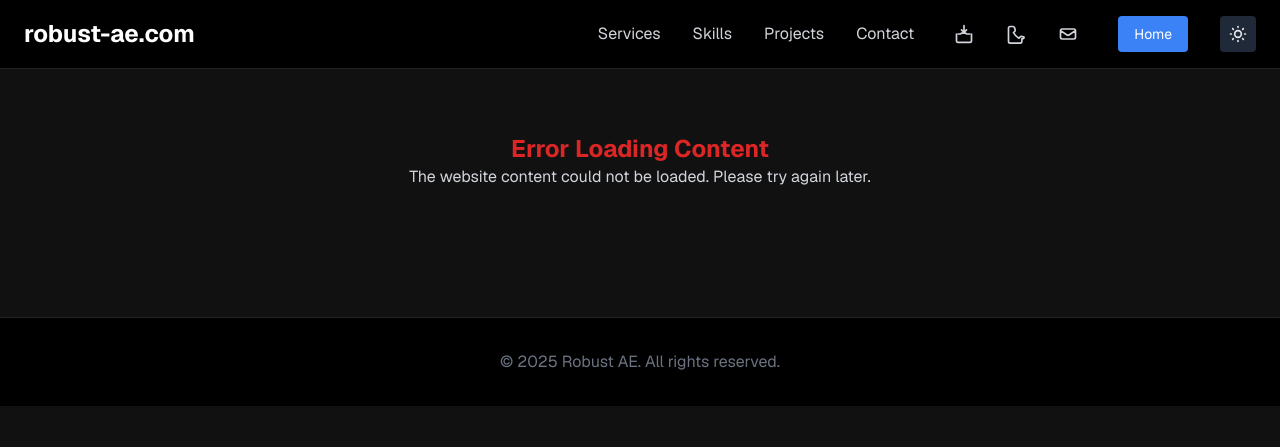
Repository: b0ase/robust-ae.com
Page: /newsite
These files come from the project's save history. The page is drawn as it stood at one moment and after the next save; the edit follows.
The browser window is 1280 px wide. The pictures show the whole page.
The page's requests for data from a server got no answer. The project was rebuilt for these pictures with package versions that can differ from the ones it lists, and the page was loaded fresh each time. The framework's server and built-in components were replaced by stand-ins that run in the browser. No one was signed in, and anything a server would have sent is missing. Also part of the build but not shown: next.config.ts.

Above is the page before, as saved 2025-05-05 16:47:02.

### src/app/layout.tsx
import type { Metadata } from "next";
import { Geist, Geist_Mono, Roboto_Mono } from "next/font/google";
import "./globals.css";
// import Providers from "./providers"; // Ensure this import is removed or commented out

const geistSans = Geist({
  variable: "--font-geist-sans",
  subsets: ["latin"],
});

const geistMono = Geist_Mono({
  variable: "--font-geist-mono",
  subsets: ["latin"],
});

const robotoMono = Roboto_Mono({
  variable: "--font-roboto-mono",
  subsets: ["latin"],
  weight: ["400", "700"]
});

export const metadata: Metadata = {
  title: "Robust AE - Automation & Embedded Systems",
  description: "Robust AE Ltd offers expert embedded systems development, industrial automation solutions, and prototyping services.",
};

export default function RootLayout({
  children,
}: Readonly<{
  children: React.ReactNode;
}>) {
  return (
    <html lang="en">
      {/* Ensure no Provider wrapper here */}
      <body className={`${geistSans.variable} ${geistMono.variable} ${robotoMono.variable} antialiased`}>
        {children}
      </body>
    </html>
  );
}

### src/app/newsite/layout.tsx
import SharedLayout from '../shared-layout';

export default function NewSiteLayout({ children }: { children: React.ReactNode }) {
  return <SharedLayout>{children}</SharedLayout>;
}

### src/app/globals.css
@tailwind base;
@tailwind components;
@tailwind utilities;

/* Custom styles below */
:root {
  --background: #000000;  /* Pure black background */
  --foreground: #ffffff;
}

/* Override default dark mode preferences */
@media (prefers-color-scheme: dark) {
  :root {
    --background: #000000;
    --foreground: #ffffff;
  }
}

body {
  background: var(--background);
  color: var(--foreground);
  font-family: var(--font-geist-sans, Arial, Helvetica, sans-serif);
}

/* Custom link styling */
a {
  transition: color 0.2s ease;
}

/* Custom blue accent color to match b0ase.com */
.accent-blue {
  color: #0141ff;
}

/* Service card styling */
.service-card {
  transition: transform 0.2s ease, box-shadow 0.2s ease;
}

.service-card:hover {
  transform: translateY(-3px);
}

### src/app/shared-layout.tsx
"use client"; // Mark as Client Component for theme state

import React, { useState, useEffect } from 'react';
import Link from 'next/link';

// This component defines the shared structure (header, footer, theme)
export default function SharedLayout({ children }: { children: React.ReactNode }) {
  // State for theme management - default to dark to match b0ase.com
  const [theme, setTheme] = useState('dark');
  // State for mobile menu
  const [mobileMenuOpen, setMobileMenuOpen] = useState(false);

  // Effect to apply theme class and set initial state
  useEffect(() => {
    if (theme === 'dark') {
      document.documentElement.classList.add('dark');
    } else {
      document.documentElement.classList.remove('dark');
    }
    // Optional: Save theme preference to localStorage if needed
  }, [theme]);

  // Function to toggle theme
  const toggleTheme = () => {
    setTheme(theme === 'light' ? 'dark' : 'light');
  };

  return (
    <div className="bg-b0ase-dark text-gray-300 min-h-screen">
      {/* Header Section */}
      <header className="sticky top-0 z-50 bg-black border-b border-b0ase-card-border">
        <nav className="container mx-auto px-4 py-3 md:px-6 md:py-4 flex justify-between items-center">
          <div>
            <Link href="/newsite" className="text-xl md:text-2xl font-bold font-[var(--font-roboto-mono)] text-white hover:text-b0ase-blue transition-colors">
              robust-ae.com
            </Link>
          </div>

          {/* Desktop Navigation - hidden on mobile */}
          <div className="hidden md:flex md:items-center md:space-x-8">
            <Link href="#services" className="text-gray-300 hover:text-white">Services</Link>
            <Link href="#skills" className="text-gray-300 hover:text-white">Skills</Link>
            <Link href="#projects" className="text-gray-300 hover:text-white">Projects</Link>
            <Link href="#contact" className="text-gray-300 hover:text-white">Contact</Link>

            {/* Icon links */}
            <div className="flex items-center space-x-4">
              {/* Download CV icon */}
              <a href="/images/logos/George_Haworth_CV_23042025.pdf" download className="p-2 rounded hover:text-white" title="Download CV">
                <svg xmlns="http://www.w3.org/2000/svg" className="h-5 w-5" fill="none" viewBox="0 0 24 24" stroke="currentColor">
                  <path strokeLinecap="round" strokeLinejoin="round" strokeWidth={2} d="M12 2v8m0 0l-3-3m3 3l3-3M21 12v8a2 2 0 01-2 2H5a2 2 0 01-2-2v-8m16 0h-4l-1-1H9l-1 1H5" />
                </svg>
              </a>
              {/* Phone icon */}
              <a href="tel:07447544890" className="p-2 rounded hover:text-white" title="Call: 07447 544 890">
                <svg xmlns="http://www.w3.org/2000/svg" className="h-5 w-5" fill="none" viewBox="0 0 24 24" stroke="currentColor">
                  <path strokeLinecap="round" strokeLinejoin="round" strokeWidth={2} d="M3 5a2 2 0 012-2h3.28a2 2 0 011.89 1.316l.834 2.503a2 2 0 01-.45 2.005l-1.562 1.562a16.06 16.06 0 006.586 6.586l1.562-1.562a2 2 0 012.005-.45l2.503.834A2 2 0 0119 17.72V21a2 2 0 01-2 2H5a2 2 0 01-2-2v-3.28z" />
                </svg>
              </a>
              {/* Email icon */}
              <a href="mailto:info@robust-ae.com" className="p-2 rounded hover:text-white" title="Email: info@robust-ae.com">
                <svg xmlns="http://www.w3.org/2000/svg" className="h-5 w-5" fill="none" viewBox="0 0 24 24" stroke="currentColor">
                  <path strokeLinecap="round" strokeLinejoin="round" strokeWidth={2} d="M3 8l7.89 5.26a2 2 0 002.22 0L21 8m0 8a2 2 0 01-2 2H5a2 2 0 01-2-2V8a2 2 0 012-2h14a2 2 0 012 2v8z" />
                </svg>
              </a>
            </div>

            <Link href="/" className="bg-b0ase-blue text-white text-sm px-4 py-2 rounded hover:bg-opacity-80 transition">Home</Link>

            {/* Theme Toggle Button */}
            <button
              onClick={toggleTheme}
              className="p-2 rounded bg-gray-800 hover:bg-gray-700 transition"
              aria-label="Toggle theme"
            >
              {theme === 'light' ? (
                <svg xmlns="http://www.w3.org/2000/svg" className="h-5 w-5 text-gray-200" fill="none" viewBox="0 0 24 24" stroke="currentColor"><path strokeLinecap="round" strokeLinejoin="round" strokeWidth={2} d="M20.354 15.354A9 9 0 018.646 3.646 9.003 9.003 0 0012 21a9.003 9.003 0 008.354-5.646z" /></svg>
              ) : (
                <svg xmlns="http://www.w3.org/2000/svg" className="h-5 w-5 text-gray-200" fill="none" viewBox="0 0 24 24" stroke="currentColor"><path strokeLinecap="round" strokeLinejoin="round" strokeWidth={2} d="M12 3v1m0 16v1m9-9h-1M4 12H3m15.364 6.364l-.707-.707M6.343 6.343l-.707-.707m12.728 0l-.707.707M6.343 17.657l-.707.707M16 12a4 4 0 11-8 0 4 4 0 018 0z" /></svg>
              )}
            </button>
          </div>

          {/* Mobile Menu Button - visible only on mobile */}
          <div className="flex items-center space-x-4 md:hidden">
            <Link href="/" className="bg-b0ase-blue text-white text-sm px-3 py-1 rounded hover:bg-opacity-80 transition">Home</Link>

            <button
              onClick={() => setMobileMenuOpen(!mobileMenuOpen)}
              className="p-2 rounded-md text-gray-300 hover:text-white"
              aria-label="Toggle mobile menu"
            >
              {mobileMenuOpen ? (
                <svg xmlns="http://www.w3.org/2000/svg" className="h-6 w-6" fill="none" viewBox="0 0 24 24" stroke="currentColor" strokeWidth={2}>
                  <path strokeLinecap="round" strokeLinejoin="round" d="M6 18L18 6M6 6l12 12" />
                </svg>
              ) : (
                <svg xmlns="http://www.w3.org/2000/svg" className="h-6 w-6" fill="none" viewBox="0 0 24 24" stroke="currentColor" strokeWidth={2}>
                  <path strokeLinecap="round" strokeLinejoin="round" d="M4 6h16M4 12h16M4 18h16" />
                </svg>
              )}
            </button>
          </div>
        </nav>

        {/* Mobile Menu - slides from top when opened */}
        <div
          className={`absolute left-0 right-0 bg-black border-b border-b0ase-card-border transition-all duration-300 overflow-hidden md:hidden ${
            mobileMenuOpen ? 'max-h-96' : 'max-h-0'
          }`}
        >
          <div className="container mx-auto px-4 py-4 space-y-4">
            <div className="space-y-3">
              <Link
                href="#services"
                className="block py-2 text-white hover:text-b0ase-blue"
                onClick={() => setMobileMenuOpen(false)}
              >
                Services
              </Link>
              <Link
                href="#skills"
                className="block py-2 text-white hover:text-b0ase-blue"
                onClick={() => setMobileMenuOpen(false)}
              >
                Skills
              </Link>
              <Link
                href="#projects"
                className="block py-2 text-white hover:text-b0ase-blue"
                onClick={() => setMobileMenuOpen(false)}
              >
                Projects
              </Link>
              <Link
                href="#contact"
                className="block py-2 text-white hover:text-b0ase-blue"
                onClick={() => setMobileMenuOpen(false)}
              >
                Contact
              </Link>
            </div>

            <div className="pt-2 border-t border-b0ase-card-border flex items-center justify-between">
              <div className="flex space-x-5">
                {/* CV download */}
                <a
                  href="/images/logos/George_Haworth_CV_23042025.pdf"
                  download
                  className="flex items-center text-white hover:text-b0ase-blue"
                >
                  <svg xmlns="http://www.w3.org/2000/svg" className="h-5 w-5 mr-1" fill="none" viewBox="0 0 24 24" stroke="currentColor">
                    <path strokeLinecap="round" strokeLinejoin="round" strokeWidth={2} d="M12 2v8m0 0l-3-3m3 3l3-3M21 12v8a2 2 0 01-2 2H5a2 2 0 01-2-2v-8m16 0h-4l-1-1H9l-1 1H5" />
                  </svg>
                  <span className="text-sm">CV</span>
                </a>

                {/* Phone */}
                <a
                  href="tel:07447544890"
                  className="flex items-center text-white hover:text-b0ase-blue"
                  title="Call: 07447 544 890"
                >
                  <svg xmlns="http://www.w3.org/2000/svg" className="h-5 w-5 mr-1" fill="none" viewBox="0 0 24 24" stroke="currentColor">
                    <path strokeLinecap="round" strokeLinejoin="round" strokeWidth={2} d="M3 5a2 2 0 012-2h3.28a2 2 0 011.89 1.316l.834 2.503a2 2 0 01-.45 2.005l-1.562 1.562a16.06 16.06 0 006.586 6.586l1.562-1.562a2 2 0 012.005-.45l2.503.834A2 2 0 0119 17.72V21a2 2 0 01-2 2H5a2 2 0 01-2-2v-3.28z" />
                  </svg>
                  <span className="text-sm">Call</span>
                </a>

                {/* Email */}
                <a
                  href="mailto:info@robust-ae.com"
                  className="flex items-center text-white hover:text-b0ase-blue"
                  title="Email: info@robust-ae.com"
                >
                  <svg xmlns="http://www.w3.org/2000/svg" className="h-5 w-5 mr-1" fill="none" viewBox="0 0 24 24" stroke="currentColor">
                    <path strokeLinecap="round" strokeLinejoin="round" strokeWidth={2} d="M3 8l7.89 5.26a2 2 0 002.22 0L21 8m0 8a2 2 0 01-2 2H5a2 2 0 01-2-2V8a2 2 0 012-2h14a2 2 0 012 2v8z" />
                  </svg>
                  <span className="text-sm">Email</span>
                </a>
              </div>

              {/* Theme Toggle */}
              <button
                onClick={toggleTheme}
                className="p-2 rounded bg-gray-800 hover:bg-gray-700 transition"
              >
                {theme === 'light' ? (
                  <svg xmlns="http://www.w3.org/2000/svg" className="h-5 w-5 text-gray-200" fill="none" viewBox="0 0 24 24" stroke="currentColor"><path strokeLinecap="round" strokeLinejoin="round" strokeWidth={2} d="M20.354 15.354A9 9 0 018.646 3.646 9.003 9.003 0 0012 21a9.003 9.003 0 008.354-5.646z" /></svg>
                ) : (
                  <svg xmlns="http://www.w3.org/2000/svg" className="h-5 w-5 text-gray-200" fill="none" viewBox="0 0 24 24" stroke="currentColor"><path strokeLinecap="round" strokeLinejoin="round" strokeWidth={2} d="M12 3v1m0 16v1m9-9h-1M4 12H3m15.364 6.364l-.707-.707M6.343 6.343l-.707-.707m12.728 0l-.707.707M6.343 17.657l-.707.707M16 12a4 4 0 11-8 0 4 4 0 018 0z" /></svg>
                )}
              </button>
            </div>
          </div>
        </div>
      </header>

      {/* Render the actual page content here */}
      <main>{children}</main>

      {/* Footer Section */}
      <footer className="bg-black text-gray-500 py-8 mt-16 border-t border-b0ase-card-border">
        <div className="container mx-auto text-center px-4">
          <p>© {new Date().getFullYear()} Robust AE. All rights reserved.</p>
        </div>
      </footer>
    </div>
  );
}

### src/lib/supabaseClient.ts
import { createClient } from '@supabase/supabase-js';

// Supabase credentials from environment variables
const supabaseUrl = process.env.NEXT_PUBLIC_SUPABASE_URL!;
const supabaseAnonKey = process.env.NEXT_PUBLIC_SUPABASE_ANON_KEY!;

// Create a single supabase client for use in server/client
export const supabase = createClient(supabaseUrl, supabaseAnonKey);

### tailwind.config.ts
import type { Config } from "tailwindcss";

const config: Config = {
  content: [
    "./src/pages/**/*.{js,ts,jsx,tsx,mdx}",
    "./src/components/**/*.{js,ts,jsx,tsx,mdx}",
    "./src/app/**/*.{js,ts,jsx,tsx,mdx}",
  ],
  darkMode: "class", // Enable class-based dark mode
  theme: {
    extend: {
      colors: {
        'b0ase-blue': '#3b82f6',
        'b0ase-dark': '#111111',
        'b0ase-card': '#141414',
        'b0ase-card-border': '#222222',
        'b0ase-gray': {
          400: '#a3a3a3',
          500: '#737373',
          600: '#525252',
          700: '#404040',
          800: '#262626',
          900: '#171717',
        }
      },
      backgroundImage: {
        "gradient-radial": "radial-gradient(var(--tw-gradient-stops))",
        "gradient-conic":
          "conic-gradient(from 180deg at 50% 50%, var(--tw-gradient-stops))",
      },
    },
  },
  plugins: [],
};
export default config;

Loaded but not shown: src/app/newsite/page.tsx (744 lines, source omitted)

After the next save:
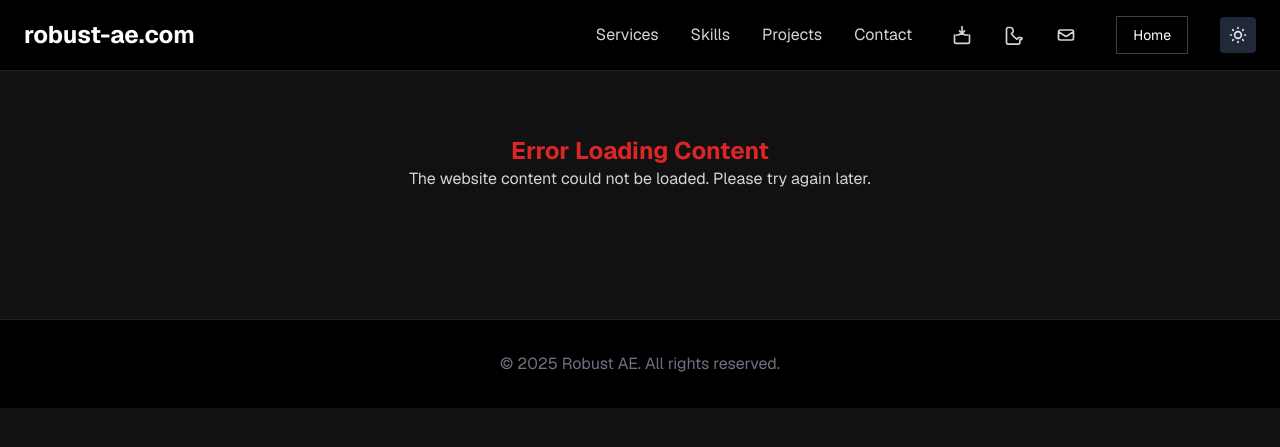
Saved 3 min 14 s later.
--- a/src/app/shared-layout.tsx
+++ b/src/app/shared-layout.tsx
@@ -65,7 +65,7 @@
               </a>
             </div>
 
-            <Link href="/" className="bg-b0ase-blue text-white text-sm px-4 py-2 rounded hover:bg-opacity-80 transition">Home</Link>
+            <Link href="/" className="border border-gray-700 text-white text-sm px-4 py-2 hover:bg-gray-800 transition">Home</Link>
 
             {/* Theme Toggle Button */}
             <button
@@ -83,7 +83,7 @@
 
           {/* Mobile Menu Button - visible only on mobile */}
           <div className="flex items-center space-x-4 md:hidden">
-            <Link href="/" className="bg-b0ase-blue text-white text-sm px-3 py-1 rounded hover:bg-opacity-80 transition">Home</Link>
+            <Link href="/" className="border border-gray-700 text-white text-sm px-3 py-1 hover:bg-gray-800 transition">Home</Link>
 
             <button
               onClick={() => setMobileMenuOpen(!mobileMenuOpen)}
